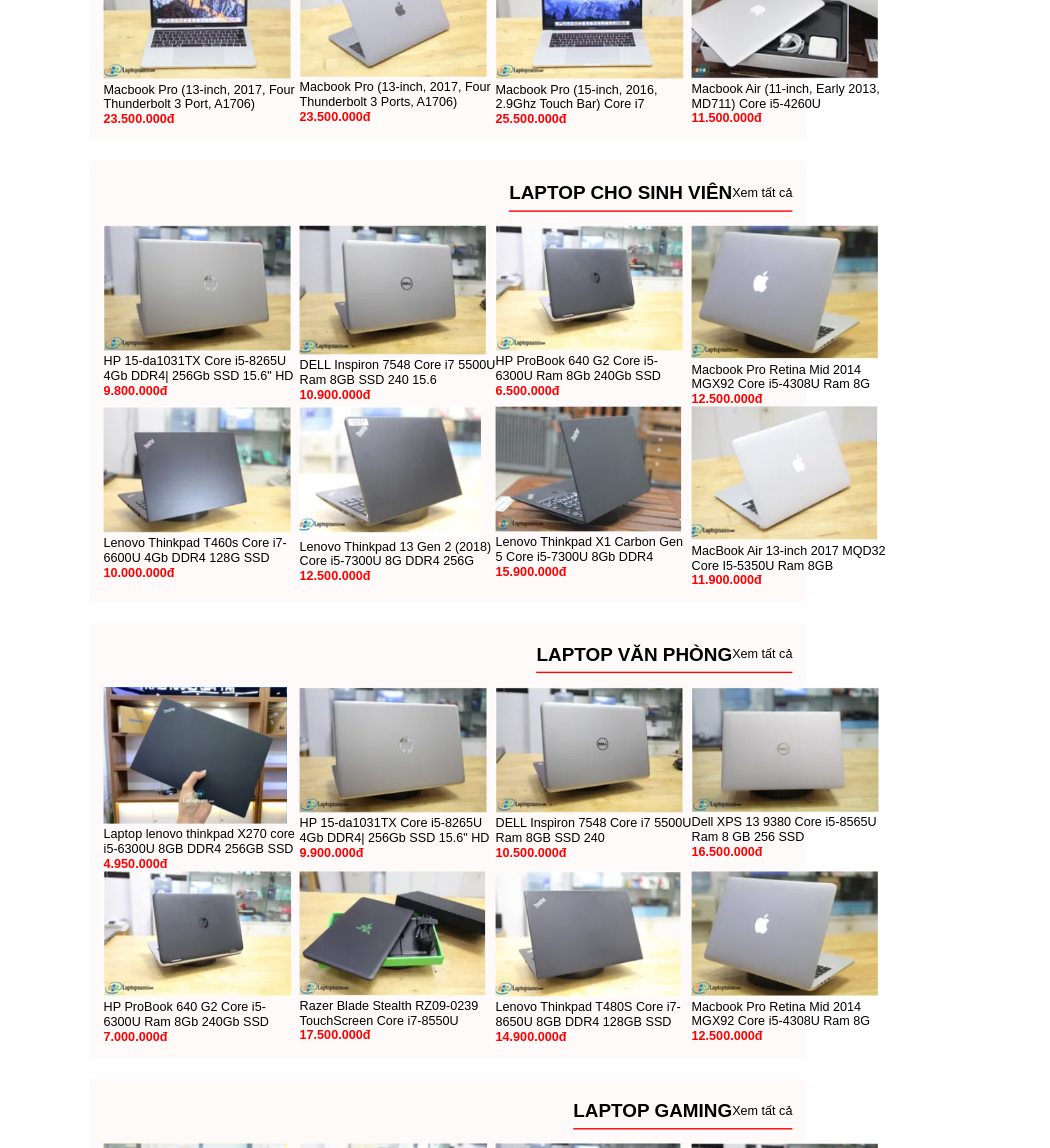
Repository: 21012324ThuanDM/WebLaptop
Page: Baicuoiky/laptopnano.html
The author's editor kept a copy of each file at every save. The page is drawn from the files as they stood at one save, then again after the next save.
The browser window is 1280 px wide. The page is 1500 px wide, so the pictures cover 1500 px, including what lies to the right of the window. The pictures show the part of the page from y = 1081 to 2721 px (the page is 3664 px tall before and 3644 px after), at 70% of full size.

Above is the page before, as saved 2023-10-16 21:38:37.

### Baicuoiky/laptopnano.html
<!DOCTYPE html>
<html lang="en">

<head>
    <meta charset="UTF-8">
    <meta name="viewport" content="width=device-width, initial-scale=1.0">
    <title>Laptopnano</title>
    <link rel="stylesheet" href="https://cdnjs.cloudflare.com/ajax/libs/font-awesome/6.4.2/css/all.min.css" integrity="sha512-z3gLpd7yknf1YoNbCzqRKc4qyor8gaKU1qmn+CShxbuBusANI9QpRohGBreCFkKxLhei6S9CQXFEbbKuqLg0DA==" crossorigin="anonymous" referrerpolicy="no-referrer"
    />
    <link rel="stylesheet" href="laptopnano.css">
    <link rel="stylesheet" href="./themify-icons/themify-icons.css">
    <link rel="stylesheet" href="./fontawesome-free-5.12.1-web/css/all.min.css">
</head>

<body>
    <div id="header">
        <div class="header_wrap">
            <div class="logo_timkiem">
                <div class="logo">
                    <a href="https://laptopnano.com/"><img src="logo-pc-3_1589368333.png" alt=""></a>
                </div>
                <div class="timkiem">
                    <form action="" class="search-box">
                        <input class=input type="type" class="search-text" placeholder="Nhập model laptop cần tìm">
                        <button class="search-btn" aria-label="tìm kiếm">
                            <i class="fa-solid fa-magnifying-glass"></i>
                        </button>
                    </form>

                </div>
            </div>
            <div class="mainmenu">
                <ul>
                    <li>
                        <a href="">
                            <i class="fa-solid fa-shield-halved fa-lg"></i><br>
                            Kiểm Tra Bảo Hành
                        </a>
                    </li>
                    <li>
                        <a href="">
                            <i class="fa-solid fa-globe fa-lg"></i> <br>
                            Mua xa
                        </a>
                    </li>
                    <li>
                        <a href="">
                            <i class="fa-solid fa-piggy-bank fa-flip-horizontal fa-lg"></i> <br>
                            Trả góp
                        </a>
                    </li>
                    <li>
                        <a href="">
                            <i class="fa-solid fa-phone fa-lg"></i> <br>
                            098222423
                        </a>
                    </li>
                </ul>
            </div>
        </div>
        <div class="navi">
            <ul>
                <li>
                    <a href="">
                        <i class="fa-solid fa-laptop fa-2sm"></i> Laptop cũ
                    </a>

                </li>

                <li>
                    <a href="">
                        <i class="fa-solid fa-laptop fa-2sm"></i> Laptop mới
                    </a>

                </li>
                <li>
                    <a href="">
                        <i class="fa-solid fa-gear"></i> Dịch vụ
                    </a>

                </li>
                <li>
                    <a href="">
                        <i class="fa-solid fa-microchip"></i> Linh kiện
                    </a>
                </li>

                <li>
                    <a href="">
                        <i class="fa-solid fa-headphones fa-sm"></i> Phụ kiện
                    </a>
                </li>
                <li>
                    <a href="">
                        <i class="fa-solid fa-percent fa-2sm"></i> Khuyến mãi
                    </a>
                </li>

                <li>
                    <a href="">
                        <i class="fa-regular fa-message fa-2sm"></i> Hỏi đáp
                    </a>
                </li>
                <li>
                    <a href="">
                        <i class="fa-regular fa-newspaper fa-2sm"></i> Tin Tức
                    </a>
                </li>
                <li>
                    <a href="">
                        <i class="fa-solid fa-phone fa-2sm"></i> Liên hệ
                    </a>
                </li>
            </ul>
        </div>

    </div>
    <div id="content">
        <div class="container_slideshow">
            <div class="slideshow">
                <div class="slider">
                    <a href="https://laptopnano.com/laptop/imac-215-inch-late-2013-me087-core-i7-4770s-ram-16g-1tb-card-roi-1gb-likenew-p3458.html"><img src="anhslider.jpg" alt="" style="width: 780px; height: 324px;" ></a>

                </div>
                <div class="thumb">
                    <ul>
                        <li><a href="">
                            Mua Laptop Trả Góp <br>
                            Xem ngay
                        </a></li>
                        <li style="border-left: 1px solid #E7E7E7;"><a href="">
                            Khủng long bạo chúa <br>
                            Chuyên gaming đồ họa
                        </a></li>
                        <li style="border-left: 1px solid #E7E7E7;"><a href="">

                            Đẳng cấp doanh nhân <br>
                            Giảm dến 5 triệu
                        </a></li>
                        <li style="border-left: 1px solid #E7E7E7;"><a href="">
                            Bậc thầy đồ họa <br>
                            Chỉnh sửa ảnh
                        </a></li>
                        <li style="border-left: 1px solid #E7E7E7;"><a href="">
                            Doanh nhân cao cấp <br>
                            Giảm giá đến 2 triệu
                        </a></li>
                    </ul>
                </div>
            </div>
            <div class="countdown">
                <div class="bot1">
                    <a href=""><img src="anhitem1.png" alt=""></a> <br>
                    <a href=""><img src="anhitem2.png" alt=""></a>
                </div>
                <div class="newtop">
                    <div class="news_cat">
                        <a href=""><p style="color: #333; font-size: 14px; text-decoration: none;">TIN TỨC</p></a>
                        <a href=""><p style="float: right; color: #868686; font-size: 12px;">Xem tất cả</p></a>
                    </div>
                    <div class="news_list">
                        <div class="news_list1">
                            <a href=""><img src="thay-ban-phim-laptop-asus-gia-bao-nhieu_1697100943.png" alt=""></a>
                            <a href="">Thay bàn phím laptop Asus chính hãng giá bao nhiêu tiền?</a>
                        </div>
                        <div class="news_list2">
                            <a href=""><img src="dia-chi-mua-laptop-cu-uy-tin_1697021979.png" alt=""></a>
                            <a href="">Top 5 địa chỉ mua laptop cũ uy tín ở tphcm: Cập nhất mới nhất 2023</a>
                        </div>
                    </div>

                </div>
            </div>
        </div>
        <div class="container">
            <a href=""><img src="bannermain_1578371321_1585810900.jpg" alt=""></a>
        </div>
        <!-- ####### -->


        <div class="custom-div">
            <div class="title">
                <h2 class="title-main">
                    <a href="" title="APPLE - MACBOOK" class="tensp">APPLE - MACBOOK</a>
                </h2>
                <ul class="maclist">
                    <li class="item_tabs">
                <a title="Xem thêm  Macbook Pro Cũ" href="">Macbook Pro Cũ</a>
                </li>
                <li class="item_tabs" >
                <a title="Xem thêm  Macbook Air" href="">Macbook Air</a>
                </li>
                <li class="item_tabs">
                <a title="Xem thêm  iMac" href="">iMac</a>
                </li>
                <li class="item_tabs">
                <a title="Xem thêm  Macbook 12 inch" href="">Macbook 12 inch</a>
                </li>
                <li class="item_tabs">
                <a title="Xem thêm  Mac Mini" href="">Mac Mini</a>
                </li>
                        <li class="item_tabs view_all">
                <a href="" title="Xem tất cả">Xem tất cả</a>
                </li>
                </ul>
            </div>

            <div class="inside">
                <div class="flex-container">
                    <div class="flex-item"><img src="mac1.png" alt=""><a href="" class="tensp">Macbook Pro 15-inch 2017 MPTR2 TouchBar Core i7</a><br><span class="giatien"><b>23.500.000đ</b></span></div>
                    <div class="flex-item"><img src="mac2.png" alt=""><a href="" class="tensp">MacBook Air 13-inch 2017 MQD32 Core I5-5350U Ram 8GB</a><br><span class="giatien"><b>11.900.000đ</b></span></div>
                    <div class="flex-item"><img src="mac3.png" alt=""><a href="" class="tensp">Macbook Air (11-inch, Early 2014, MD711) Core i7-4260U</a><br><span class="giatien"><b>12.500.000đ</b></span></div>
                    <div class="flex-item"><img src="mac4.png" alt=""><a href="" class="tensp">Macbook Pro 13-inch, 2017, Tow Thunderbolt 3 Ports</a><br><span class="giatien"><b>17.500.000đ</b></span></div>
                </div>
                <div class="flex-container">
                    <div class="flex-item"><img src="mac5.png" alt=""><a href="" class="tensp">Macbook Pro (13-inch, 2017, Four Thunderbolt 3 Port, A1706)</a><br><span class="giatien"><b>23.500.000đ</b></span></div>
                    <div class="flex-item"><img src="mac6.png" alt=""><a href="" class="tensp">Macbook Pro (13-inch, 2017, Four Thunderbolt 3 Ports, A1706)</a><br><span class="giatien"><b>23.500.000đ</b></span></div>
                    <div class="flex-item"><img src="mac7.png" alt=""><a href="" class="tensp">Macbook Pro (15-inch, 2016, 2.9Ghz Touch Bar) Core i7</a><br><span class="giatien"><b>25.500.000đ</b></span></div>
                    <div class="flex-item"><img src="mac8.png" alt=""><a href="" class="tensp">Macbook Air (11-inch, Early 2013, MD711) Core i5-4260U</a><br><span class="giatien"><b>11.500.000đ</b></span></div>
                </div>
            </div>
        </div>

        <div class="custom-div">
            <div class="title">
                <h2 class="title-main">
                    <a href="" class="tensp" style="">LAPTOP CHO SINH VIÊN</a>
                </h2>
                <a href="" title="Xem tất cả" class="tensp">Xem tất cả</a>
            </div>

            <div class="inside">
                <div class="flex-container">
                    <div class="flex-item"><img src="S L 1.png" alt=""><a href="" class="tensp">HP 15-da1031TX Core i5-8265U 4Gb DDR4| 256Gb SSD 15.6" HD</a><br><span class="giatien"><b>9.800.000đ</b></span></div>
                    <div class="flex-item"><img src="S L 2.png" alt=""><a href="" class="tensp">DELL Inspiron 7548 Core i7 5500U Ram 8GB SSD 240 15.6</a><br><span class="giatien"><b>10.900.000đ</b></span></div>
                    <div class="flex-item"><img src="S L 3.png" alt=""><a href="" class="tensp">HP ProBook 640 G2 Core i5-6300U Ram 8Gb 240Gb SSD</a><br><span class="giatien"><b>6.500.000đ</b></span></div>
                    <div class="flex-item"><img src="S L 4.png" alt=""><a href="" class="tensp">Macbook Pro Retina Mid 2014 MGX92 Core i5-4308U Ram 8G</a><br><span class="giatien"><b>12.500.000đ</b></span></div>
                </div>
                <div class="flex-container">
                    <div class="flex-item"><img src="S L 5.png" alt=""><a href="" class="tensp">Lenovo Thinkpad T460s Core i7-6600U 4Gb DDR4 128G SSD</a><br><span class="giatien"><b>10.000.000đ</b></span></div>
                    <div class="flex-item"><img src="S L 6.png" alt=""><a href="" class="tensp">Lenovo Thinkpad 13 Gen 2 (2018) Core i5-7300U 8G DDR4 256G</a><br><span class="giatien"><b>12.500.000đ</b></span></div>
                    <div class="flex-item"><img src="S L 7.png" alt=""><a href="" class="tensp">Lenovo Thinkpad X1 Carbon Gen 5 Core i5-7300U 8Gb DDR4</a><br><span class="giatien"><b>15.900.000đ</b></span></div>
                    <div class="flex-item"><img src="S L 8.png" alt=""><a href="" class="tensp">MacBook Air 13-inch 2017 MQD32 Core I5-5350U Ram 8GB</a><br><span class="giatien"><b>11.900.000đ</b></span></div>
                </div>
            </div>
        </div>

        <div class="custom-div">
            <div class="title">
                <h2 class="title-main">
                    <a href="" title="APPLE - MACBOOK" class="tensp">LAPTOP VĂN PHÒNG</a>
                </h2>
                <a href="" title="Xem tất cả" class="tensp">Xem tất cả</a>
            </div>

            <div class="inside">
                <div class="flex-container">
                    <div class="flex-item"><img src="LVP1.png" alt=""><a href="" class="tensp">Laptop lenovo thinkpad X270 core i5-6300U 8GB DDR4 256GB SSD</a><br><span class="giatien"><b>4.950.000đ</b></span></div>
                    <div class="flex-item"><img src="LVP2.png" alt=""><a href="" class="tensp">HP 15-da1031TX Core i5-8265U 4Gb DDR4| 256Gb SSD 15.6" HD</a><br><span class="giatien"><b>9.900.000đ</b></span></div>
                    <div class="flex-item"><img src="LVP3.png" alt=""><a href="" class="tensp">DELL Inspiron 7548 Core i7 5500U Ram 8GB SSD 240</a><br><span class="giatien"><b>10.500.000đ</b></span></div>
                    <div class="flex-item"><img src="LVP4.png" alt=""><a href="" class="tensp">Dell XPS 13 9380 Core i5-8565U Ram 8 GB 256 SSD </a><br><span class="giatien"><b>16.500.000đ</b></span></div>
                </div>
                <div class="flex-container">
                    <div class="flex-item"><img src="LVP5.png" alt=""><a href="" class="tensp">HP ProBook 640 G2 Core i5-6300U Ram 8Gb 240Gb SSD</a><br><span class="giatien"><b>7.000.000đ</b></span></div>
                    <div class="flex-item"><img src="LVP6.png" alt=""><a href="" class="tensp">Razer Blade Stealth RZ09-0239 TouchScreen Core i7-8550U</a><br><span class="giatien"><b>17.500.000đ</b></span></div>
                    <div class="flex-item"><img src="LVP7.png" alt=""><a href="" class="tensp">Lenovo Thinkpad T480S Core i7-8650U 8GB DDR4 128GB SSD</a><br><span class="giatien"><b>14.900.000đ</b></span></div>
                    <div class="flex-item"><img src="LVP8.png" alt=""><a href="" class="tensp">Macbook Pro Retina Mid 2014 MGX92 Core i5-4308U Ram 8G</a><br><span class="giatien"><b>12.500.000đ</b></span></div>
                </div>
            </div>
        </div>

        <div class="custom-div">
            <div class="title">
                <h2 class="title-main">
                    <a href="" title="APPLE - MACBOOK" class="tensp">LAPTOP GAMING</a>
                </h2>
                <a href="" title="Xem tất cả" class="tensp">Xem tất cả</a>
            </div>

            <div class="inside">
                <div class="flex-container">
                    <div class="flex-item"><img src="LG1.png" alt=""><a href="" class="tensp">Laptop Dell Precision 3530 core i7-8850H Ram 16Gb 512Gb SSD</a><br><span class="giatien"><b>11.800.000đ</b></span></div>
                    <div class="flex-item"><img src="LG2.png" alt=""><a href="" class="tensp">Acer Nitro 5 Gaming AN515 44 R9JM R5 4600H Ram 8GB</a><br><span class="giatien"><b>14.900.000đ</b></span></div>
                    <div class="flex-item"><img src="LG3.png" alt=""><a href="" class="tensp">HP 15-da1031TX Core i5-8265U 4Gb DDR4| 256Gb SSD 15.6" HD</a><br><span class="giatien"><b>9.800.000đ</b></span></div>
                    <div class="flex-item"><img src="LG4.png" alt=""><a href="" class="tensp">DELL Inspiron 7548 Core i7 5500U Ram 8GB SSD 240 15.6</a><br><span class="giatien"><b>10.900.000đ</b></span></div>
                </div>
                <div class="flex-container">
                    <div class="flex-item"><img src="LG5.png" alt=""><a href="" class="tensp">Dell Precision 7720 Core I7 6820HQ Ram 16Gb 512 NVME</a><br><span class="giatien"><b>18.000.000đ</b></span></div>
                    <div class="flex-item"><img src="LG6.png" alt=""><a href="" class="tensp">Macbook Pro 15-inch 2017 MPTR2 TouchBar Core i7</a><br><span class="giatien"><b>23.500.000đ</b></span></div>
                    <div class="flex-item"><img src="LG7.png" alt=""><a href="" class="tensp">Dell Inspiron 7447 Core i5-4200H 8G 256G SSD 14.0" FHD</a><br><span class="giatien"><b>12.000.000đ</b></span></div>
                    <div class="flex-item"><img src="LG8.png" alt=""><a href="" class="tensp">Asus GL553VD-FY305 Core i7-7700HQ Ram 16GB 512G SSD</a><br><span class="giatien"><b>17.900.000đ</b></span></div>
                </div>
            </div>
        </div>

        <div class="custom-div">
            <div class="title">
                <h2 class="title-main">
                    <a href="" title="" class="tensp">TIN TỨC NỔI BẬT</a>
                </h2>
                <a href="" title="Xem tất cả" class="tensp">Xem tất cả</a>
            </div>
            <div class="flex-container" >
                <div class="flex-item"><img src="TTNB1.png" alt=""><a href="" class="tensp"><b>Thay bàn phím laptop Asus chính hãng giá bao nhiêu tiền?</b></a></div>
                <div class="flex-item"><img src="TTNB2.png" alt=""><a href="" class="tensp"><b>Top 5 địa chỉ mua laptop cũ uy tín ở tphcm: Cập nhất mới nhất 2023</b></a></div>
                <div class="flex-item"><img src="TTNB3.png" alt=""><a href="" class="tensp"><b>Cách kiểm tra bàn phím laptop có bị liệt hay không? chỉ mất 5 phút</b></a></div>
                <div class="flex-item"><img src="TTNB4.png" alt=""><a href="" class="tensp"><b>Hướng dẫn cách kiểm tra bàn phím laptop từ A-Z tại nhà Win 11/10/8/7</b></a></div>
            </div>
        </div>






        <!-- ####### -->
    </div>
    <div id="footer">


    </div>
</body>

</html>

### Baicuoiky/laptopnano.css
* {
    padding: 0;
    margin: 0;
    box-sizing: border-box;
}

html {
    font-size: 18px;
    font-family: Arial, Helvetica, sans-serif;
}

#header .header_wrap {
    background-color: #cd1818;
    height: 95px;
    padding: 0px 0px 0px 154px;
    display: flex;
}

#header .logo_timkiem {
    display: flex;
}

.logo_timkiem .logo {
    margin-top: 8px;
    display: block;
    float: left;
}

.header_wrap ul {
    color: #FFF;
    list-style-type: none;
    width: 100%;
    display: flex;
    margin: 20px 0px -19px 32px;
    font-size: 14px;
}

.header_wrap .mainmenu ul li{
    width: 116px;
    height: 95px;
    text-align: center;
}

.header_wrap .mainmenu i{
    padding-bottom: 7px;
}

.header_wrap ul li a {
    color: #FFF;
    text-decoration: none;
}

.search-box {
    margin-left: 40px;
    margin-top: 18px;
    padding-left: 20px;
    background-color: #FFF;
    border-radius: 40px;
}

.search-box input {
    outline: none;
    background: none;
    width: 340px;
    height: 40px;
    border: none;
}

.search-box .search-btn {
    width: 60px;
    height: 40px;
    background-color: #23232B;
    color: #FFF;
    border: none;
    border-radius: 0 40px 40px 0;
}

#header .navi {
    height: 43px;
    background-color: #23232B;
    padding-left: 126px;
}



.navi li {
    display: inline-block;
    text-decoration: none;
    text-transform: uppercase;
    line-height: 43px;
    font-size: 14px;

}

.navi li a {
    text-decoration: none;
    color: #FFF;
    padding: 0px 11px 0px 34px;
}

#content .container_slideshow{
    width: 1500px;
    height: 398px;
    padding: 15px 0px 0px 145px;
    display: flex;
}


.container_slideshow .thumb{
    width: 780px;
    height: 61px;
    margin-top: -5px;
}

.container_slideshow .thumb ul{
    border-left: 1px solid #E7E7E7;
    border-bottom: 1px solid #E7E7E7;
    border-right: 1px solid #E7E7E7;
    text-align: center;
}

.container_slideshow .thumb li{
    display: inline-block;
    text-decoration: none;
    /* border-left: 1px solid #E7E7E7; */
    width: 150px;
    height: 61px;

}

.container_slideshow .thumb li a{
    text-decoration: none;
    font-size: 13px;
    color: #000;

}

.container_slideshow .countdown {
    margin-left: 15px;
}

.countdown .bot1 a img{
    width: 370px;
}

.countdown .newtop{

}

.newtop .news_cat{
    width: 370px;
    height: 38px;
    background-color: #ebebeb;
    padding: 10px;
    font-size: 14px;
}

.newtop .news_cat p{
    display: inline;
    margin-top: 10px;
}

.newtop .news_list1, .newtop .news_list2{
    width: 370px;
    font-size: 14px;
    float: left;
    padding-top: 10px;
    display: flex;
    margin-left: -3px;
}

.newtop .news_list a{
    text-decoration: none;
    margin-left: 15px;
}

.newtop .news_list img{
    width: 83px;
}

#content .container{
    margin-top: 25px;
    margin-left: 144px;
}

/* ##### */


ul.maclist li.item_tabs {
    display: inline;
    margin-right: 10px;
}

ul.maclist li.item_tabs a {
    text-decoration: none;
    color: black;
}
.tensp {
    text-decoration: none;
    color: black;
}
.custom-div {
    width: 80%;
    margin: 0 auto;
    background-color: rgb(255, 250, 250);
    padding: 20px;
    margin-bottom: 30px;
}


.title {
    display: flex;
    float: right;
    line-height: 50px;
    border-bottom: 2px solid red;
    margin-bottom: 20px;
    justify-content: space-between;
}


.title-main {
    margin: 0;

}

.title .nav-tabs li {
    margin-left: 16px;
    cursor: pointer;
}
.nav-tabs {
    float: right;
    display: flex;
    line-height: 52px;
}
.title .title-main {
    float: left;

}

.inside{
    display: inline-block;
}

.flex-container {
    display: inline-flex;
    justify-content: space-between;
}
.flex-item {
    height: auto;
    width: 280px;
}

.giatien {
    color: red;
}

Loaded but not shown: Baicuoiky/themify-icons/themify-icons.css (common file); Baicuoiky/fontawesome-free-5.12.1-web/css/all.min.css (library)

After the next save:
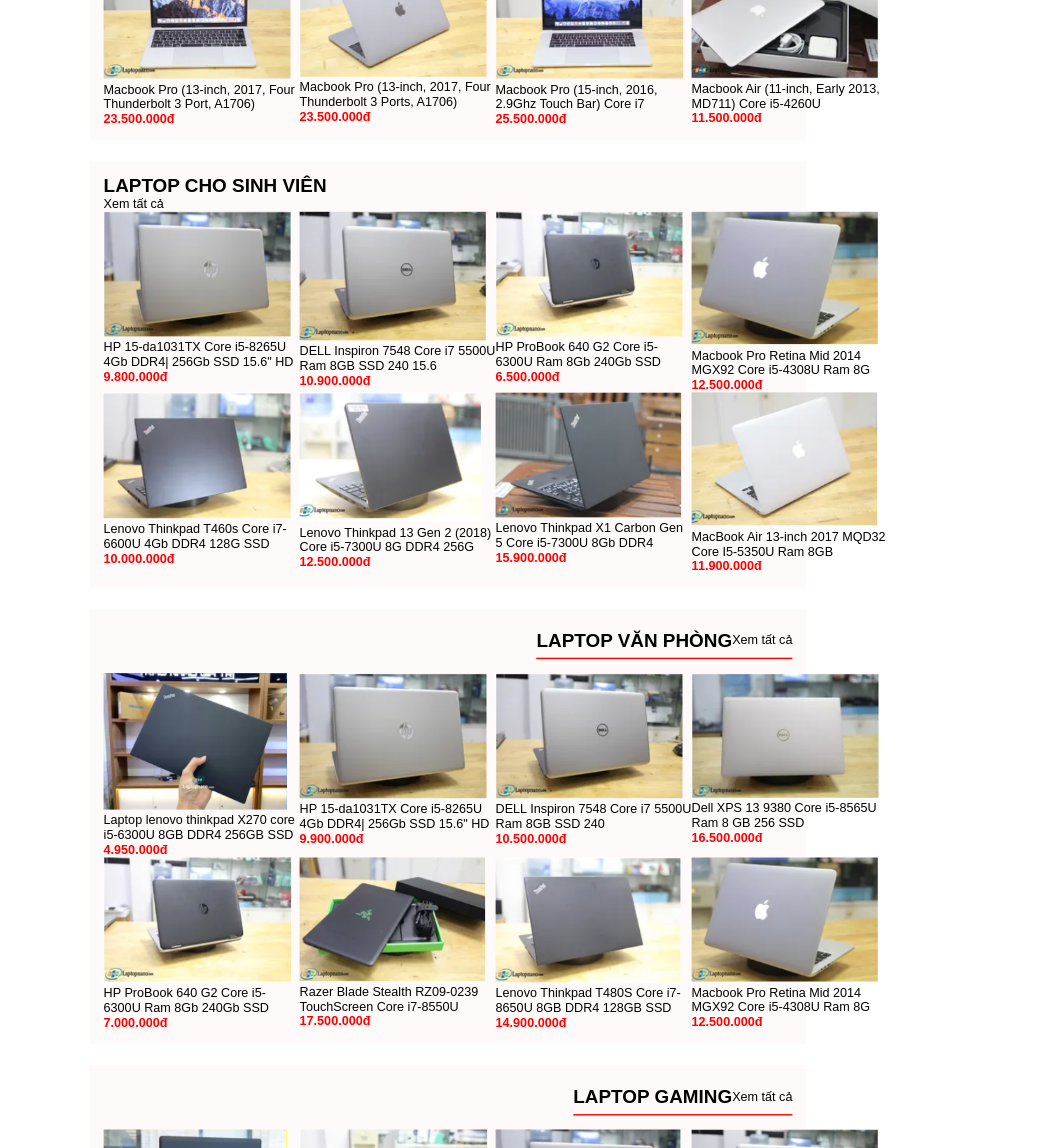
Saved 3 min 25 s later.
--- a/Baicuoiky/laptopnano.html
+++ b/Baicuoiky/laptopnano.html
@@ -222,7 +222,7 @@
         </div>
 
         <div class="custom-div">
-            <div class="title">
+            <div class="titles">
                 <h2 class="title-main">
                     <a href="" class="tensp" style="">LAPTOP CHO SINH VIÊN</a>
                 </h2>
